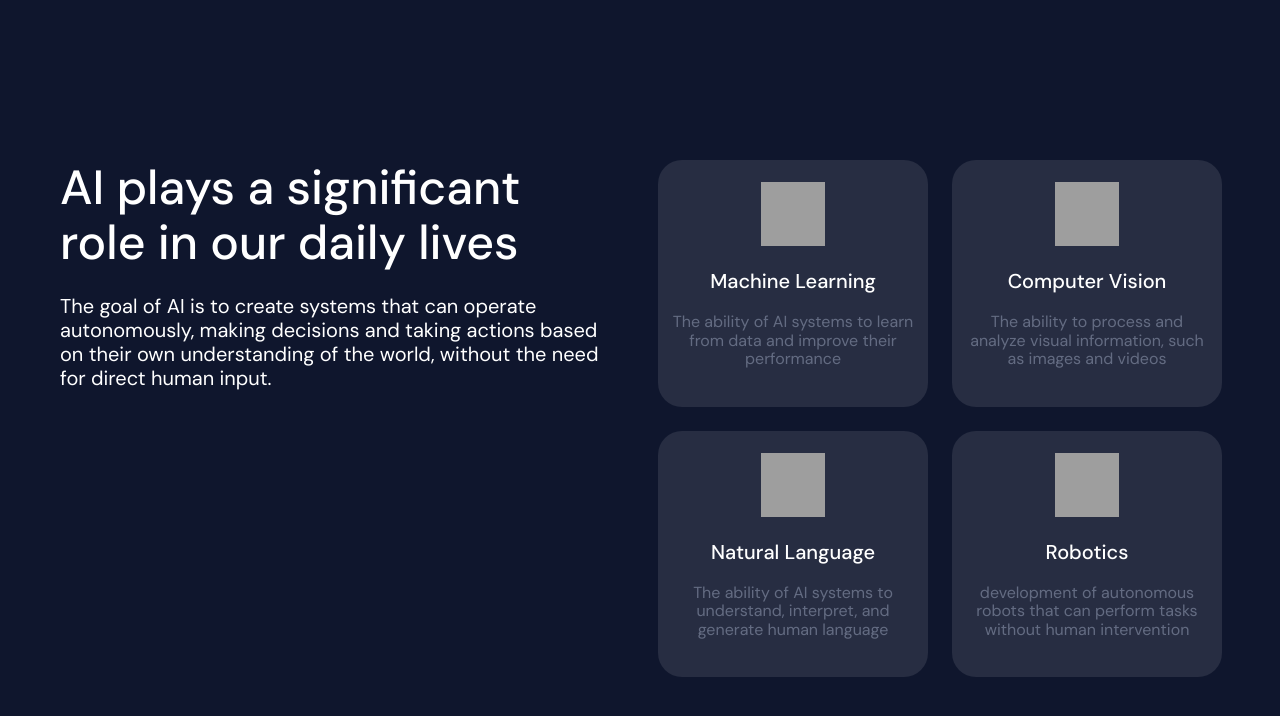
Repository: guli95/four-areas-of-AI-INVO-ACAdemy
Page: /
The author's editor kept a copy of each file at every save. The page is drawn from the files as they stood at one save, then again after a run of saves.
The browser window is 1280 px wide. The pictures show the whole page.
Pictures or frames that could not be fetched are drawn as grey boxes. The project was rebuilt for these pictures with package versions that can differ from the ones it lists, and the page was loaded fresh each time.

Above is the page before, as saved 2023-03-13 15:28:48.

### index.html
<!DOCTYPE html>
<html lang="en">

<head>
  <meta charset="UTF-8" />
  <link rel="icon" type="image/svg+xml" href="/vite.svg" />
  <meta name="viewport" content="width=device-width, initial-scale=1.0" />
  <title>Four AI areas</title>
</head>

<!-- In order to start your challenge, remove all the content inside <div id="home-page"></div> and start coding :) -->

<body>
  <div id="home-page">
    <div class="flexbox-container">
      <div class="heading-wrapper">
        <h1 class="heading-title">AI plays a significant role in our daily lives</h1>
        <p class="heading-text">The goal of AI is to create systems that can operate autonomously, making decisions and taking actions based on their own understanding of the world, without the need for direct human input.</p>
      </div>
      <div class="card-container">
        <a href="" class="card-link">
        <div class="card">
          <img src="./public/images/card-icon1.png" alt="" class="card-img" role="presentation">
          <h3 class="card-title">Machine Learning</h3>
          <p class="card-text">The ability of AI systems to learn from data and improve their performance</p>
        </div>
        </a>
        <a href="" class="card-link">
        <div class="card">
          <img src="./public/images/card-icon2.png" alt="" class="card-img" role="presentation">
          <h3 class="card-title">Computer Vision</h3>
          <p class="card-text">The ability to process and analyze visual information, such as images and videos</p>
        </div>
        </a>
        <a href="" class="card-link">
        <div class="card">
          <img src="./public/images/card-icon3.png" alt="" class="card-img" role="presentation">
          <h3 class="card-title">Natural Language</h3>
          <p class="card-text">The ability of AI systems to understand, interpret, and generate human language</p>
        </div>
        </a>
        <a href="" class="card-link">
        <div class="card">
          <img src="./public/images/card-icon4.png" alt="" class="card-img" role="presentation">
          <h3 class="card-title">Robotics</h3>
          <p class="card-text">development of autonomous robots that can perform tasks without human intervention</p>
        </div>
        </a>
      </div>
    </div>
  </div>

  <script type="module" src="/src/global-scripts/main.js"></script>
</body>

</html>

### src/global-scripts/main.js
/// Main JavaScript File
/// Here we import all the global JavaScript files we need for our project.

import "../global-styles/style.scss";
import "../../src/pages/home-page/styles/home-page.scss";

### src/global-styles/style.scss
/// Main Styles File
/// Here we import all the global Styles files we need for our project.

@import "styles/normalize.scss";
@import "styles/root.scss";
@import "styles/fonts.scss";

body {
  font-family: 'DS sans', sans-serif;
  color: var(--color-primary);
}

p {
  color: var(--color-on-surface);
}

### src/pages/home-page/styles/home-page.scss
/// Homepage Styles File
/// Here we import all the Styles files we need for our Homepage.
@import '../../../global-styles/styles/_root.scss';

#home-page{
    color: var(--color-white);
    font-family: 'DM Sans',sans-serif;
    height: 100%;

 .flexbox-container{
    max-width: 1440px;
    padding: 0 20px;
    display: flex;
    justify-content: center;
    margin: 160px auto 0 auto;
    gap: 30px;
    @media screen and (max-width:1024px) {
        flex-direction:column;
        align-items: center;
        gap:24px;
    }
    @media screen and (max-width:480px) {
        padding: 48px 16px;
    }
    .heading-wrapper{
        font-family: "DM Sans", sans-serif;
        text-align: left ;
        vertical-align: top;
        max-width: 540px;
        padding-left: 30px;
        @media screen and (max-width:1024px) {
            width: 100%;
            padding: 0 16px;
        }
        .heading-title{
            font-size: var(--text-xl);
            font-weight: 500;
            line-height: 115%;
            letter-spacing: 0.2%;
            margin: 0 0 24px 0;
            @media screen and (max-width:1024px) {
                margin-bottom: 16px;
            }
            @media screen and (max-width:1024px) {
                font-size: var(--text-l);
            }
        }
        .heading-text{
            font-size: var(--text-m);
            line-height: 24px;
            font-weight: 300;

        }
        @media screen and (max-width:480px) {
            font-size: var(--text-s);
        }
    }
    .card-container{
        display: flex;
        justify-content: center;
        flex-wrap: wrap;
        gap: 24px;
        max-width: 620px;
        @media screen and (max-width:1024px) {
            width: 100%;
            gap:16px;
        }
        .card-link{
            display: flex;
            color: var(--color-white);
            text-decoration: none;
            flex-direction: column;
            justify-content: space-around;
            align-items: center;
            width: 250px;
            padding: 22px 10px;
            background-color:var(--color-secondary-grey);
            text-align: center;
            border-radius: var(--rounding-big);
            transition: .2s;
            &:hover{
                background-color: lighten($color: #272D42, $amount: 10) ;
            }
            @media screen and (max-width:480px) {
                width: 100%;
            }
            .card-img{
                width: 64px;
                height: 64px;
                @media screen and (max-width:1024px) {
                    width: 56px;
                    height: 56px;
                }
            }
            .card-title{
                font-size: var(--text-m);
                font-weight: 500;
            }
            .card-text{
                font-size: var(--text-s);
                mix-blend-mode:soft-light;
                @media screen and (max-width:1024px) {
                    font-size: var(--text-xs);
                }
            }
        }

    }
}

}

### src/global-styles/styles/normalize.scss
/*! normalize.css v8.0.1 | MIT License | github.com/necolas/normalize.css */

/* Document
   ========================================================================== */

/**
 * 1. Correct the line height in all browsers.
 * 2. Prevent adjustments of font size after orientation changes in iOS.
 */

html {
  line-height: 1.15; /* 1 */
  -webkit-text-size-adjust: 100%; /* 2 */
  background-color: var(--color-primary-dark-blue);
}

/* Sections
   ========================================================================== */

/**
 * Remove the margin in all browsers.
 */

body {
  margin: 0;
}

/**
 * Render the `main` element consistently in IE.
 */

main {
  display: block;
}

/**
 * Correct the font size and margin on `h1` elements within `section` and
 * `article` contexts in Chrome, Firefox, and Safari.
 */

h1 {
  font-size: 2em;
  margin: 0.67em 0;
}

/* Grouping content
   ========================================================================== */

/**
 * 1. Add the correct box sizing in Firefox.
 * 2. Show the overflow in Edge and IE.
 */

hr {
  box-sizing: content-box; /* 1 */
  height: 0; /* 1 */
  overflow: visible; /* 2 */
}

/**
 * 1. Correct the inheritance and scaling of font size in all browsers.
 * 2. Correct the odd `em` font sizing in all browsers.
 */

pre {
  font-family: monospace, monospace; /* 1 */
  font-size: 1em; /* 2 */
}

/* Text-level semantics
   ========================================================================== */

/**
 * Remove the gray background on active links in IE 10.
 */

a {
  background-color: transparent;
}

/**
 * 1. Remove the bottom border in Chrome 57-
 * 2. Add the correct text decoration in Chrome, Edge, IE, Opera, and Safari.
 */

abbr[title] {
  border-bottom: none; /* 1 */
  text-decoration: underline; /* 2 */
  text-decoration: underline dotted; /* 2 */
}

/**
 * Add the correct font weight in Chrome, Edge, and Safari.
 */

b,
strong {
  font-weight: bolder;
}

/**
 * 1. Correct the inheritance and scaling of font size in all browsers.
 * 2. Correct the odd `em` font sizing in all browsers.
 */

code,
kbd,
samp {
  font-family: monospace, monospace; /* 1 */
  font-size: 1em; /* 2 */
}

/**
 * Add the correct font size in all browsers.
 */

small {
  font-size: 80%;
}

/**
 * Prevent `sub` and `sup` elements from affecting the line height in
 * all browsers.
 */

sub,
sup {
  font-size: 75%;
  line-height: 0;
  position: relative;
  vertical-align: baseline;
}

sub {
  bottom: -0.25em;
}

sup {
  top: -0.5em;
}

/* Embedded content
   ========================================================================== */

/**
 * Remove the border on images inside links in IE 10.
 */

img {
  border-style: none;
}

/* Forms
   ========================================================================== */

/**
 * 1. Change the font styles in all browsers.
 * 2. Remove the margin in Firefox and Safari.
 */

button,
input,
optgroup,
select,
textarea {
  font-family: inherit; /* 1 */
  font-size: 100%; /* 1 */
  line-height: 1.15; /* 1 */
  margin: 0; /* 2 */
}

/**
 * Show the overflow in IE.
 * 1. Show the overflow in Edge.
 */

button,
input { /* 1 */
  overflow: visible;
}

/**
 * Remove the inheritance of text transform in Edge, Firefox, and IE.
 * 1. Remove the inheritance of text transform in Firefox.
 */

button,
select { /* 1 */
  text-transform: none;
}

/**
 * Correct the inability to style clickable types in iOS and Safari.
 */

button,
[type="button"],
[type="reset"],
[type="submit"] {
  -webkit-appearance: button;
}

/**
 * Remove the inner border and padding in Firefox.
 */

button::-moz-focus-inner,
[type="button"]::-moz-focus-inner,
[type="reset"]::-moz-focus-inner,
[type="submit"]::-moz-focus-inner {
  border-style: none;
  padding: 0;
}

/**
 * Restore the focus styles unset by the previous rule.
 */

button:-moz-focusring,
[type="button"]:-moz-focusring,
[type="reset"]:-moz-focusring,
[type="submit"]:-moz-focusring {
  outline: 1px dotted ButtonText;
}

/**
 * Correct the padding in Firefox.
 */

fieldset {
  padding: 0.35em 0.75em 0.625em;
}

/**
 * 1. Correct the text wrapping in Edge and IE.
 * 2. Correct the color inheritance from `fieldset` elements in IE.
 * 3. Remove the padding so developers are not caught out when they zero out
 *    `fieldset` elements in all browsers.
 */

legend {
  box-sizing: border-box; /* 1 */
  color: inherit; /* 2 */
  display: table; /* 1 */
  max-width: 100%; /* 1 */
  padding: 0; /* 3 */
  white-space: normal; /* 1 */
}

/**
 * Add the correct vertical alignment in Chrome, Firefox, and Opera.
 */

progress {
  vertical-align: baseline;
}

/**
 * Remove the default vertical scrollbar in IE 10+.
 */

textarea {
  overflow: auto;
}

/**
 * 1. Add the correct box sizing in IE 10.
 * 2. Remove the padding in IE 10.
 */

[type="checkbox"],
[type="radio"] {
  box-sizing: border-box; /* 1 */
  padding: 0; /* 2 */
}

/**
 * Correct the cursor style of increment and decrement buttons in Chrome.
 */

[type="number"]::-webkit-inner-spin-button,
[type="number"]::-webkit-outer-spin-button {
  height: auto;
}

/**
 * 1. Correct the odd appearance in Chrome and Safari.
 * 2. Correct the outline style in Safari.
 */

[type="search"] {
  -webkit-appearance: textfield; /* 1 */
  outline-offset: -2px; /* 2 */
}

/**
 * Remove the inner padding in Chrome and Safari on macOS.
 */

[type="search"]::-webkit-search-decoration {
  -webkit-appearance: none;
}

/**
 * 1. Correct the inability to style clickable types in iOS and Safari.
 * 2. Change font properties to `inherit` in Safari.
 */

::-webkit-file-upload-button {
  -webkit-appearance: button; /* 1 */
  font: inherit; /* 2 */
}

/* Interactive
   ========================================================================== */

/*
 * Add the correct display in Edge, IE 10+, and Firefox.
 */

details {
  display: block;
}

/*
 * Add the correct display in all browsers.
 */

summary {
  display: list-item;
}

/* Misc
   ========================================================================== */

/**
 * Add the correct display in IE 10+.
 */

template {
  display: none;
}

/**
 * Add the correct display in IE 10.
 */

[hidden] {
  display: none;
}

### src/global-styles/styles/root.scss
/// Root Styles file
/// Here we define all the root variables we need for our project.
/// For examples see Material Design color system: https://m2.material.io/design/color/the-color-system.html

:root {
    $--color-primary-dark-blue: #0F162D !global;
    --color-primary-pink: #CA59FF;
    --color-primary-purple: #6C7CFF;
    --color-primary-green: #2AFFFF;
    --color-primary-yellow: #FFF629;
    --color-white: #FFFFFF;
    --color-black: #000;
    --color-secondary-grey:#272D42;

}

### src/global-styles/styles/fonts.scss
/// Main Fonts File
/// Here we import all the fonts files we need for our project.

@import url('https://fonts.googleapis.com/css2?family=Roboto:ital,wght@0,100;0,300;0,400;0,500;0,700;0,900;1,100;1,300;1,400;1,500;1,700;1,900&display=swap');
@import url('https://fonts.googleapis.com/css2?family=DM+Sans:wght@400;500&display=swap');

### src/global-styles/styles/_root.scss
/// Root Styles file
/// Here we define all the root variables we need for our project.
/// For examples see Material Design color system: https://m2.material.io/design/color/the-color-system.html

:root {
    //colors
    --color-primary-dark-blue: #0F162D ;
    --color-primary-pink: #CA59FF;
    --color-primary-purple: #6C7CFF;
    --color-primary-green: #2AFFFF;
    --color-primary-yellow: #FFF629;
    --color-white: #FFFFFF;
    --color-black: #000;
    --color-secondary-grey:#272D42;

    //font-size
    --text-xl:48px;
    --text-l:32px;
    --text-m:20px;
    --text-s:16px;
    --text-xs:14px;

    //rounding
    --rounding-big:24px;
    --rounding-small:16px;
}

After the next 2 saves:
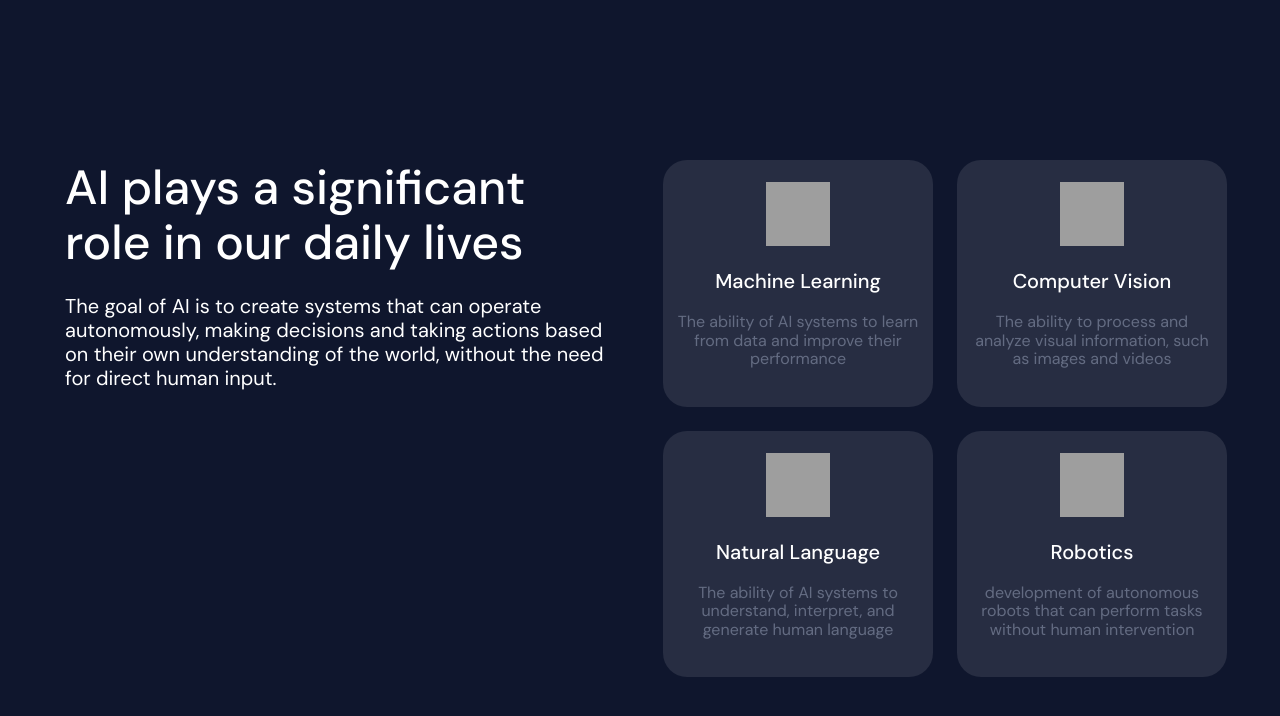
The 2 saves are shown as one change because they came seconds apart.
The last was saved 70 s later.
--- a/src/pages/home-page/styles/home-page.scss
+++ b/src/pages/home-page/styles/home-page.scss
@@ -27,7 +27,7 @@
         text-align: left ;
         vertical-align: top;
         max-width: 540px;
-        padding-left: 30px;
+        padding-left: 40px;
         @media screen and (max-width:1024px) {
             width: 100%;
             padding: 0 16px;
